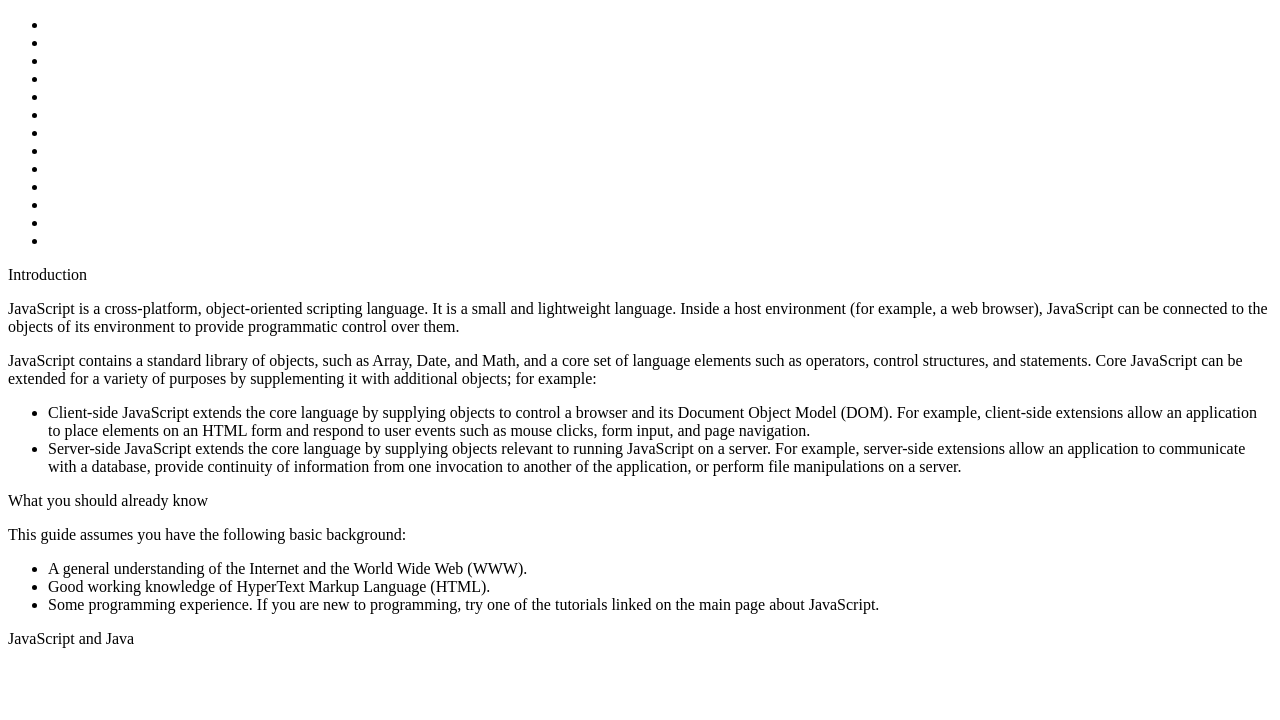
Repository: Lungdjos/technical_document_page_certificate
Page: index.html
The author's editor kept a copy of each file at every save. The page is drawn from the files as they stood at one save, then again after a run of saves.
The browser window is 1280 px wide. The pictures show the whole page.

Above is the page before, as saved 2023-11-19 22:33:33.

After the next 2 saves:
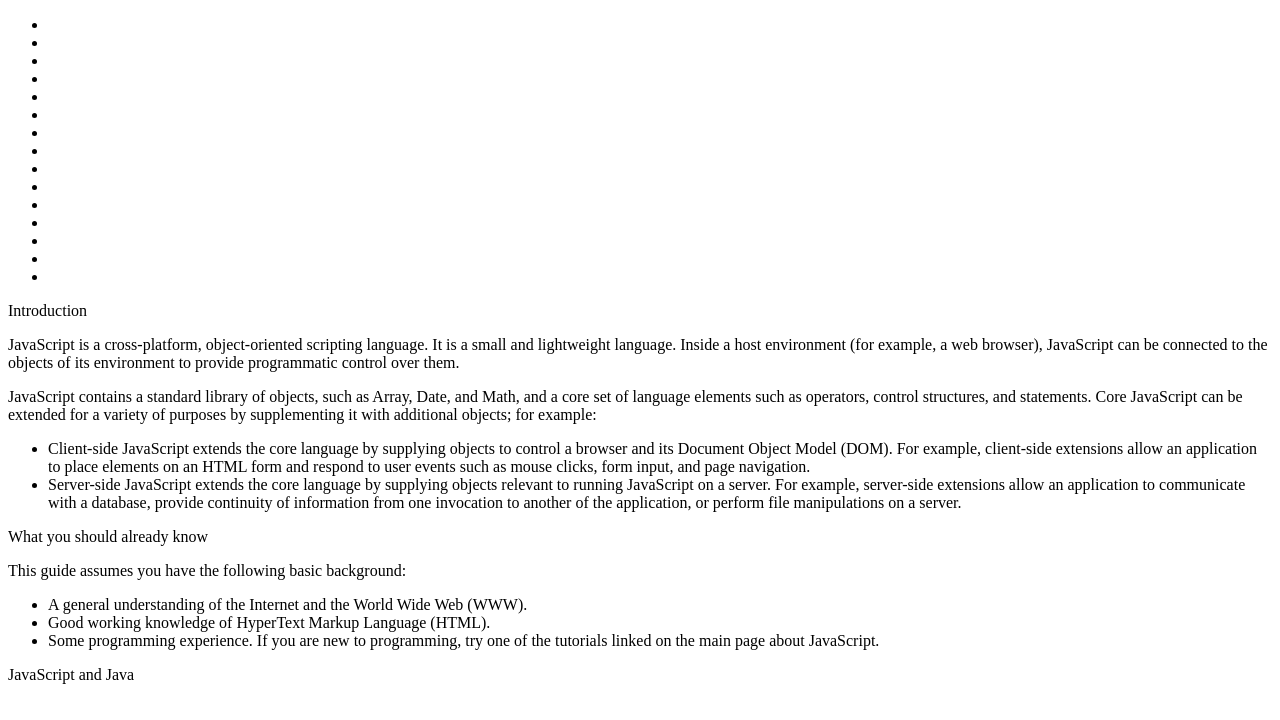
The 2 saves are shown as one change because they came seconds apart.
The last was saved 6 s later.
--- a/index.html
+++ b/index.html
@@ -12,6 +12,12 @@
     <nav id="nav-bar">
         <header></header>
         <ul>
+            <li>
+                <a href="" class="navlink"></a>
+            </li>
+            <li>
+                <a href="" class="navlink"></a>
+            </li>
             <li>
                 <a href="" class="navlink"></a>
             </li>
